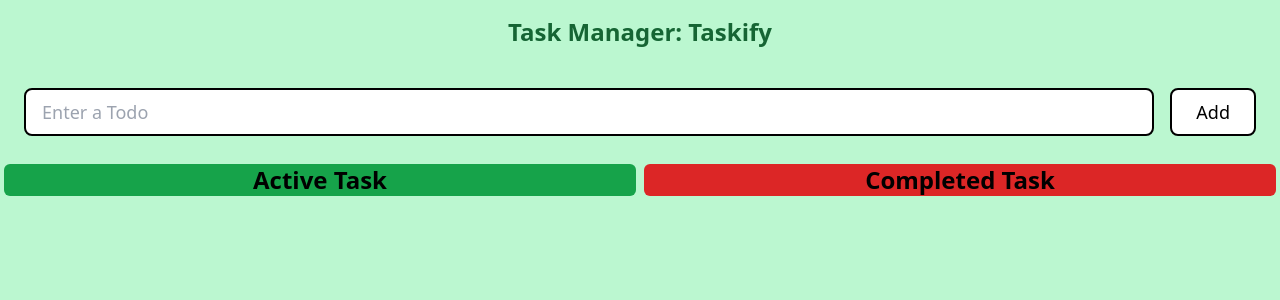
Repository: Dineshbhandari2023/Todo
Page: /
These files come from the project's save history. The page is drawn as it stood at one moment and after the next save; the edit follows.
The browser window is 1280 px wide. The pictures show the whole page.
Some web fonts or font styles are not loaded; a fallback is used. The project was rebuilt for these pictures with package versions that can differ from the ones it lists, and the page was loaded fresh each time. Also part of the build but not shown: src/Components/SingleTodo.tsx.

Above is the page before, as saved 2025-06-19 22:04:24.

After the next save:
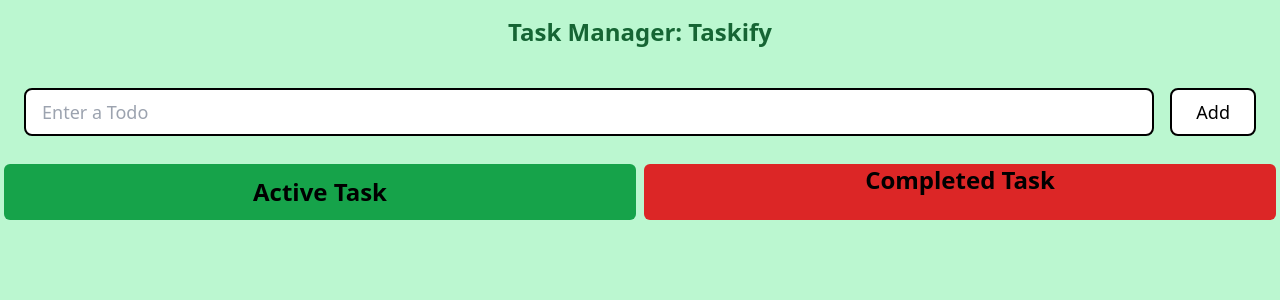
Saved 12 s later.
--- a/src/Components/TodoList.tsx
+++ b/src/Components/TodoList.tsx
@@ -11,7 +11,7 @@ const TodoList = ({ todos, setTodos }: Props) => {
   return (
     <div className="flex justify-between">
       <div className="w-2/4 bg-green-600 rounded-md m-1">
-        <h1 className="text-center text-2xl font-extrabold">Active Task</h1>
+        <h1 className="text-center text-2xl font-extrabold p-3">Active Task</h1>
         <div>
           {todos.map((todo) => (
             <SingleTodo
